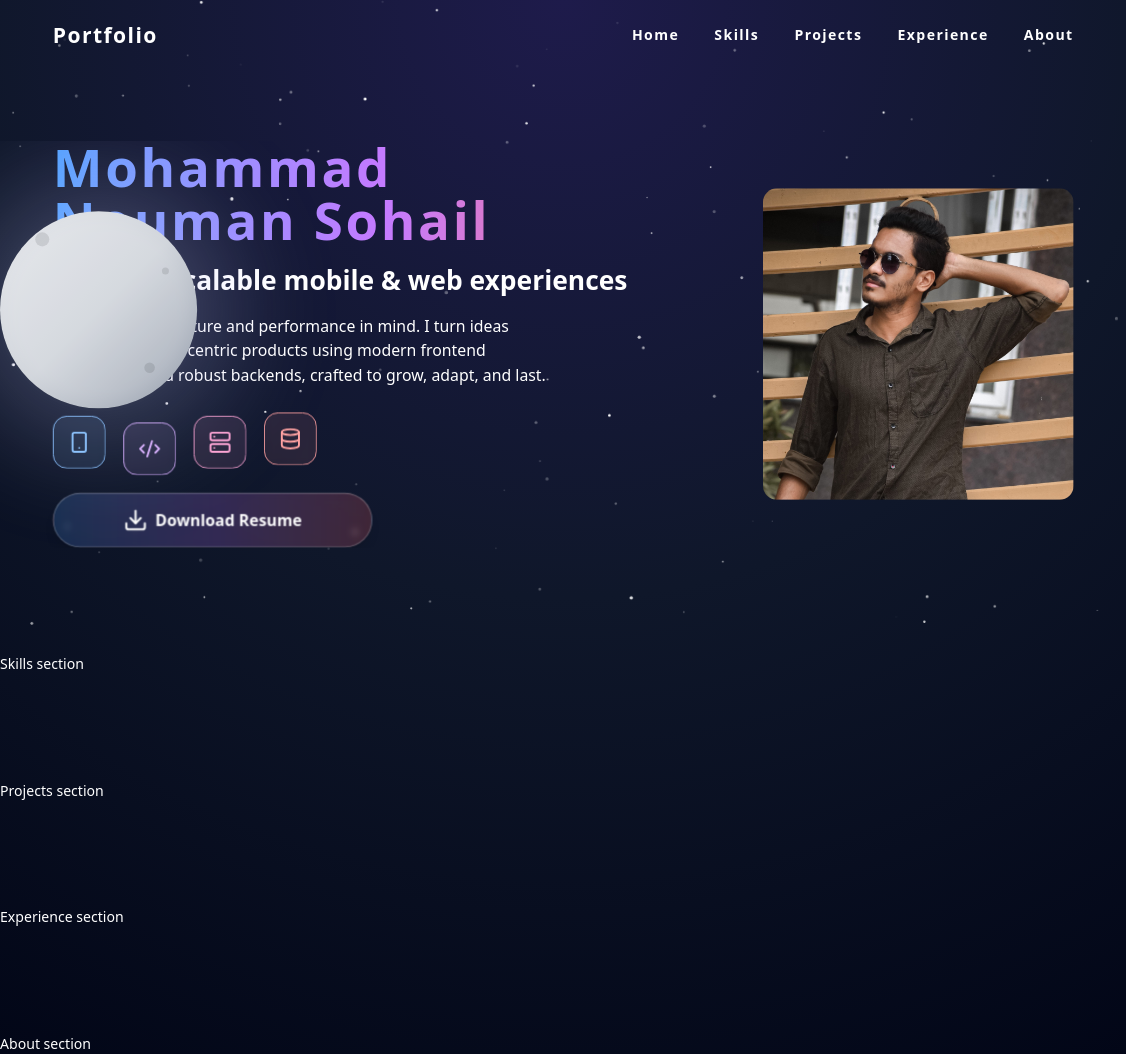
Repository: NoumanSohail/Nouman-Sohail-Portfolio
Page: /
The author's editor kept a copy of each file at every save. The page is drawn from the files as they stood at one save, then again after the next save.
The browser window is 1280 px wide. The pictures show the whole page, at 88% of full size.
The project was rebuilt for these pictures with package versions that can differ from the ones it lists, and the page was loaded fresh each time. The framework's server and built-in components were replaced by stand-ins that run in the browser. Also part of the build but not shown: next.config.ts.

Above is the page before, as saved 2026-01-24 22:20:15.

After the next save:
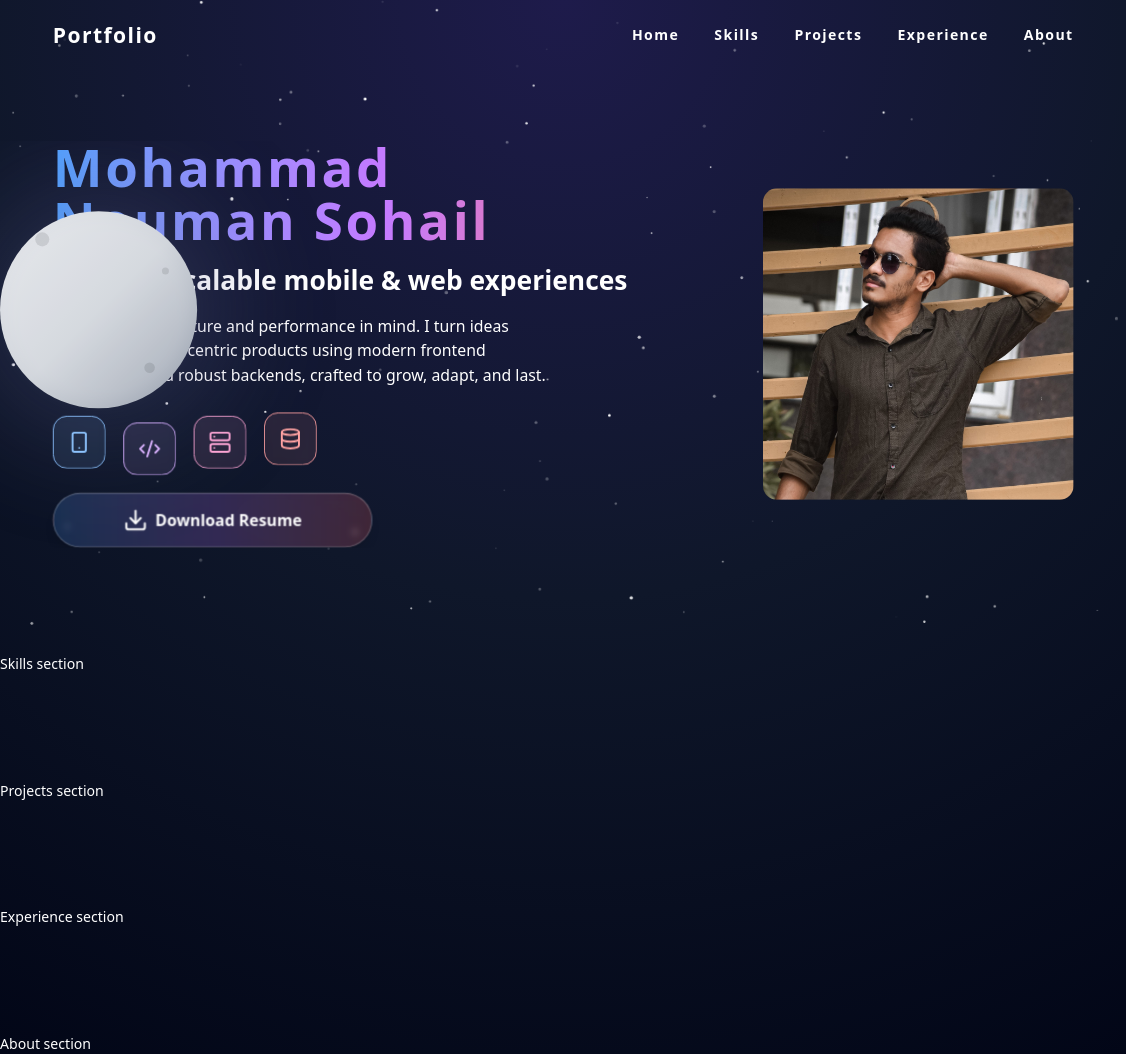
Saved 17 s later.
--- a/app/components/sections/Hero.tsx
+++ b/app/components/sections/Hero.tsx
@@ -20,7 +20,7 @@ const Hero = () => {
              w-44 h-44 xl:w-56 xl:h-56
              rounded-full
              bg-gradient-to-br from-gray-200 via-gray-300 to-gray-400
-             shadow-[0_0_120px_40px_rgba(200,200,255,0.25)]
+             shadow-[0_0_120px_40px_rgba(100,100,155,0.25)]
              [animation-duration:4s]
              z-0"
       >
